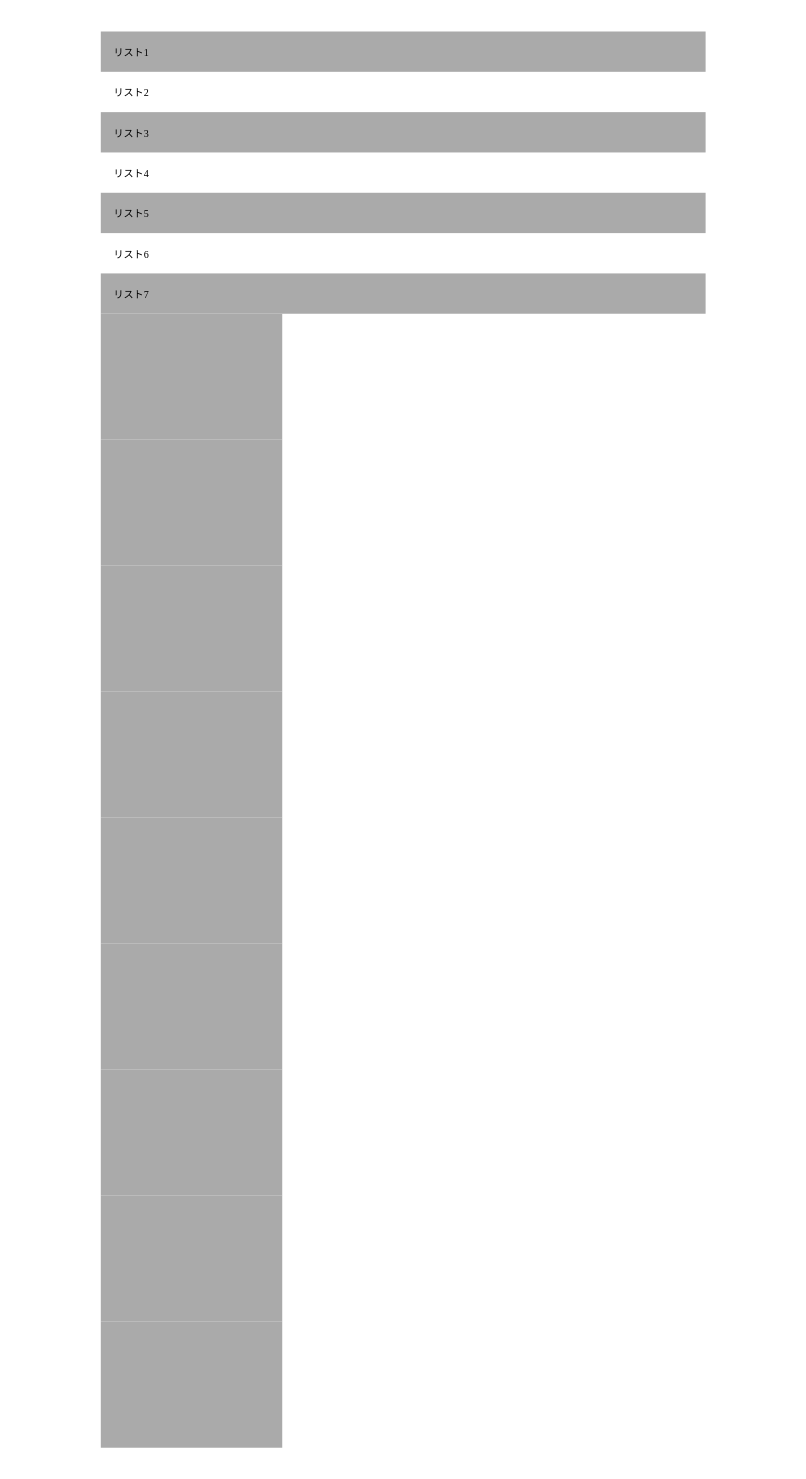
Repository: Y-takumi0/DMMwebcamp
Page: exercise/chapter8.html
The author's editor kept a record of every edit. The page is drawn from the files as they stood at one moment, then again after the next edit.
The browser window is 1280 px wide. The pictures show the whole page, at 63% of full size.

Above is the page before.

After the next edit:
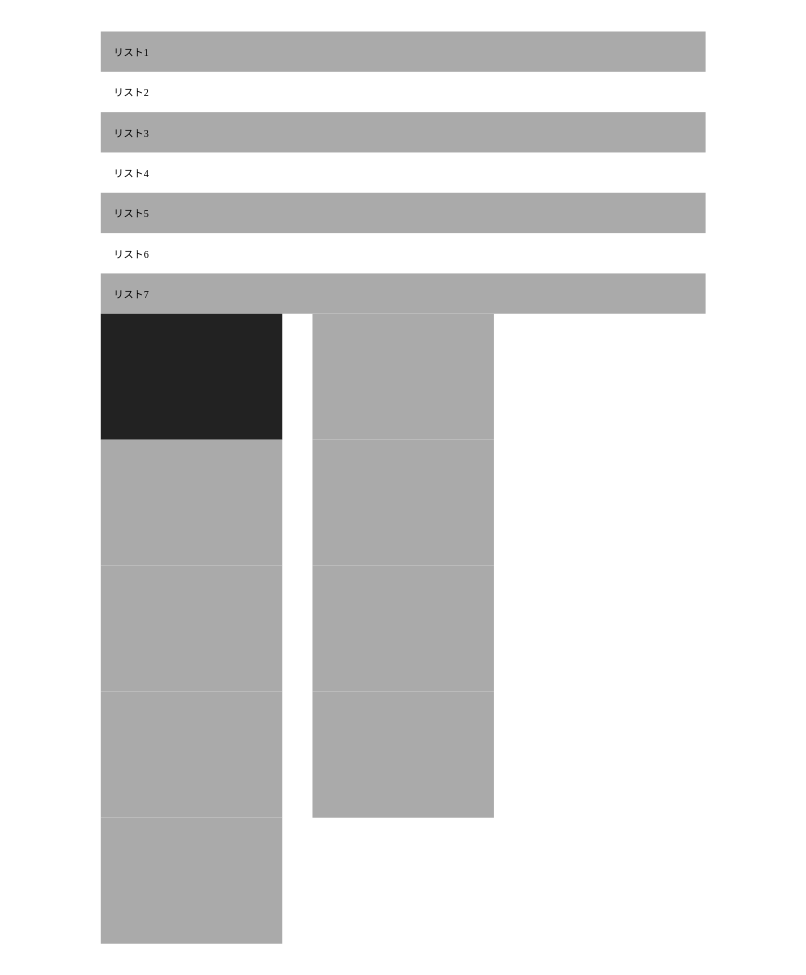
The edit:
--- a/exercise/chapter8.html
+++ b/exercise/chapter8.html
@@ -17,15 +17,18 @@
         <li class="item">リスト6</li>
         <li class="item">リスト7</li>
       </ul>
-      <div class="box"></div>
-      <div class="box"></div>
-      <div class="box"></div>
-      <div class="box"></div>
-      <div class="box"></div>
-      <div class="box"></div>
-      <div class="box"></div>
-      <div class="box"></div>
-      <div class="box"></div>
+      <div class="boxlist">
+        <div class="box"></div>
+        <div class="box"></div>
+        <div class="box"></div>
+        <div class="box"></div>
+        <div class="box"></div>
+        <div class="box"></div>
+        <div class="box"></div>
+        <div class="box"></div>
+        <div class="box"></div>
+
+      </div>
     </main>
   </body>
 </html>
